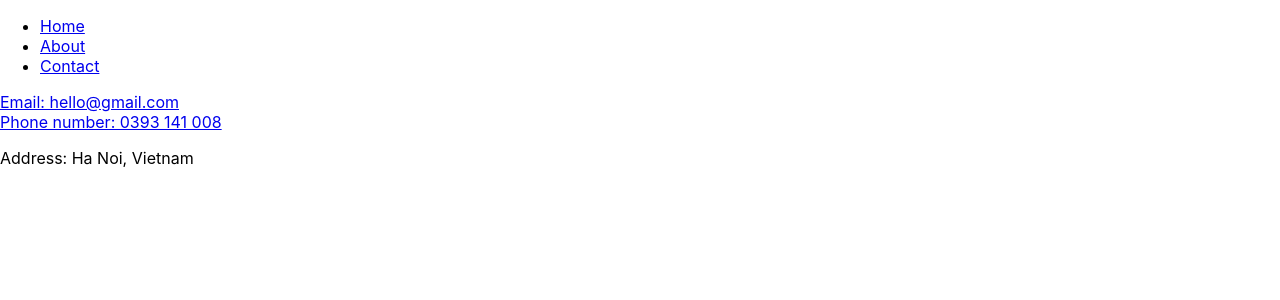
Repository: tuyenf/react-web110
Page: /contact
These files come from the project's save history. The page is drawn as it stood at one moment and after a run of saves; the edit follows.
The browser window is 1280 px wide. The pictures show the whole page.
The project was rebuilt for these pictures with package versions that can differ from the ones it lists, and the page was loaded fresh each time. Also part of the build but not shown: src/components/Home.jsx, src/components/About.jsx.

Above is the page before, as saved 2021-10-04 09:02:46.

### src/App.js
import React from "react";
import {BrowserRouter as Router, Route, Switch} from "react-router-dom";
import {Navigation, Home, About, Contact} from "./components";

function App() {
  return (
    <div className="App">
      <Router>
        <Navigation />
        <Switch>
          <Route path="/" exact component={() => <Home />}/>
          <Route path="/about" exact component={() => <About />}/>
          <Route path="/contact" exact component={() => <Contact />}/>
        </Switch>
      </Router>
    </div>
  );
}

export default App;

### src/components/index.js
export {default as Navigation} from "./Navigation";
export {default as Home} from "./Home";
export {default as About} from "./About";
export {default as Contact} from "./Contact";

### src/components/Navigation.jsx
import React from "react";
import {Link, withRouter} from "react-router-dom";
function Navigation() {
  return (
    <div className="Navigation">
      <ul>
        <li>
          <Link to="/">Home</Link>
        </li>
        <li>
          <Link to="/about">About</Link>
        </li>
        <li>
          <Link to="/contact">Contact</Link>
        </li>
      </ul>
    </div>
  )
}

export default withRouter(Navigation);

### src/components/Contact.jsx
import React from "react";

function Contact() {
  return (
    <div className="about">
      <div>
        <a
        href="mailto">
        Email: hello@gmail.com
        </a>
      </div>
      <a
      href="tel">
        Phone number: 0393 141 008
      </a>
      <p>Address: Ha Noi, Vietnam</p>
    </div>
  )
}

export default Contact;

Loaded but not shown: public/index.html (common file); src/index.js (common file); src/index.css (common file); src/reportWebVitals.js (common file)

After the next 2 saves:
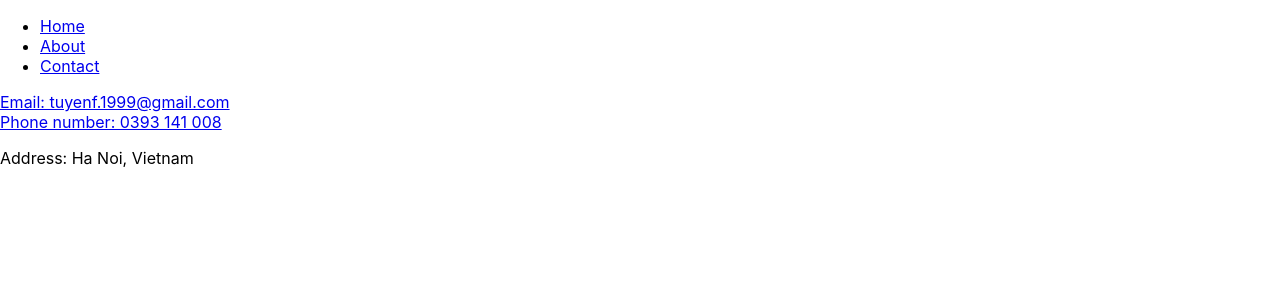
The 2 saves are shown as one change because they came seconds apart.
The last was saved 18 s later.
--- a/src/components/Contact.jsx
+++ b/src/components/Contact.jsx
@@ -6,7 +6,7 @@ function Contact() {
       <div>
         <a
         href="mailto">
-        Email: hello@gmail.com
+        Email: tuyenf.1999@gmail.com
         </a>
       </div>
       <a
